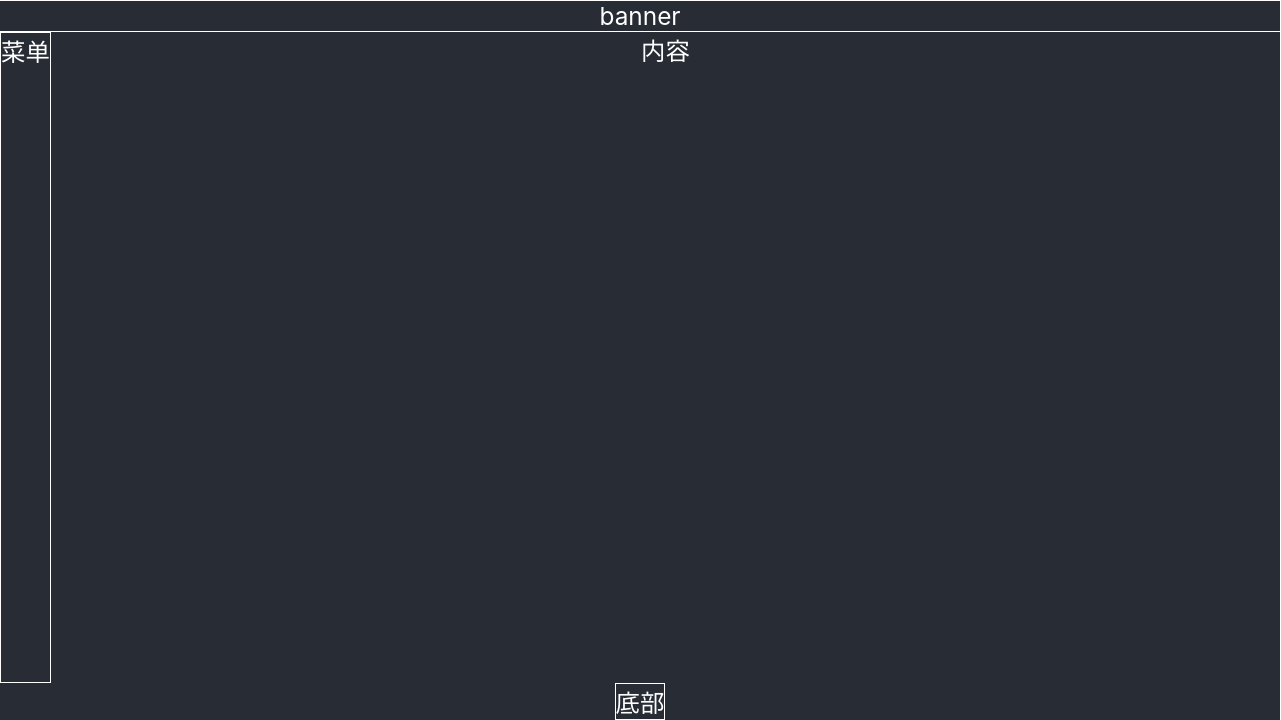
Repository: yaolh1995/react-hooks-demo-drag-layout
Page: /
An editor plug-in stored every save of this project. The page is shown before and after the next save, followed by the edit.
The browser window is 1280 px wide. The page is 1281 px wide, so the pictures cover 1281 px, including what lies to the right of the window. The pictures show the whole page.
The project was rebuilt for these pictures with package versions that can differ from the ones it lists, and the page was loaded fresh each time.

Above is the page before, as saved 2022-01-29 14:27:16.

### src/index.css
body {
  margin: 0;
  font-family: -apple-system, BlinkMacSystemFont, "Segoe UI", "Roboto", "Oxygen",
    "Ubuntu", "Cantarell", "Fira Sans", "Droid Sans", "Helvetica Neue",
    sans-serif;
  -webkit-font-smoothing: antialiased;
  -moz-osx-font-smoothing: grayscale;
}

code {
  font-family: source-code-pro, Menlo, Monaco, Consolas, "Courier New",
    monospace;
}
.div1,
.div2 {
  margin: 15px;
  width: 100px;
  height: 100px;
  border: 1px solid red;
}

### src/App.js
import logo from "./logo.svg";
import "./App.css";
/* 布局 菜单可有可无，菜单宽度可拖拽 */
function App() {
  return (
    <div className="App">
      <header className="App-header">
        <div className="header">banner</div>
        <div className="content-wrapper">
          <div className="menu">菜单</div>
          <div className="content">内容</div>
        </div>
        <div className="footer">底部</div>
      </header>
    </div>
  );
}

export default App;

### src/App.css
.App {
  text-align: center;
}

.App-logo {
  height: 40vmin;
  pointer-events: none;
}

@media (prefers-reduced-motion: no-preference) {
  .App-logo {
    animation: App-logo-spin infinite 20s linear;
  }
}

.App-header {
  background-color: #282c34;
  min-height: 100vh;
  width: 100%;
  display: flex;
  flex-direction: column;
  align-items: center;
  justify-content: center;
  font-size: calc(10px + 2vmin);
  color: white;
}
.menu,
.header,
.footer {
  border: 1px solid #fff;
}

.menu {
}
.header {
  width: 100%;
}
.content-wrapper {
  display: flex;
  width: 100%;
  flex: 1;
}
.content-wrapper > .content {
  flex: 1;
  text-align: center;
}

.App-link {
  color: #61dafb;
}

@keyframes App-logo-spin {
  from {
    transform: rotate(0deg);
  }
  to {
    transform: rotate(360deg);
  }
}

Loaded but not shown: public/index.html (common file); src/index.js (common file); src/reportWebVitals.js (common file)

After the next save:
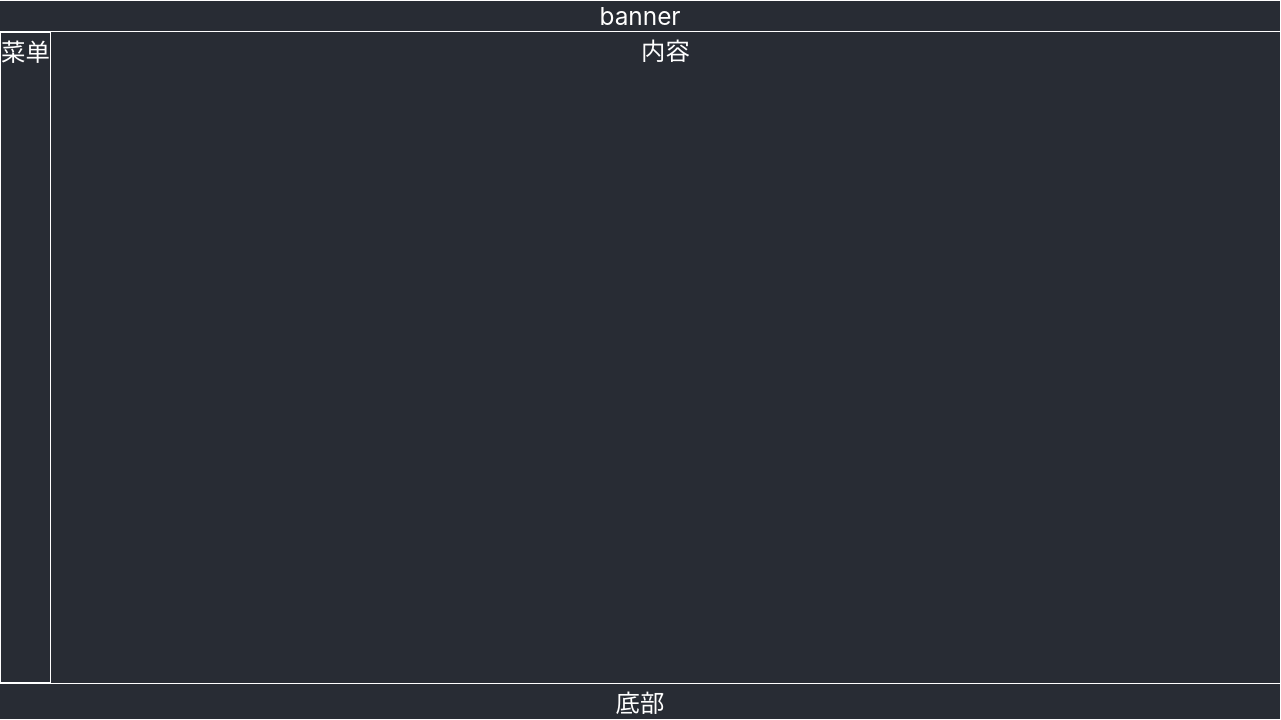
Saved 34 s later.
--- a/src/App.css
+++ b/src/App.css
@@ -35,6 +35,9 @@
 .header {
   width: 100%;
 }
+.footer {
+  width: 100%;
+}
 .content-wrapper {
   display: flex;
   width: 100%;
